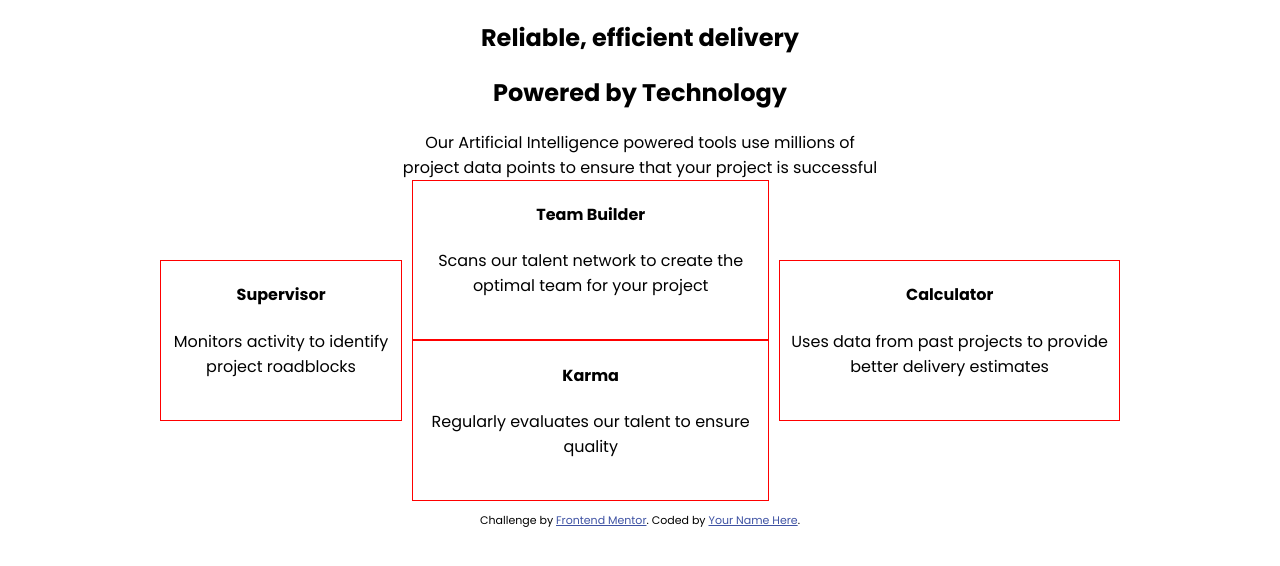
Repository: BuduCE/four-card-feature-section-master
Page: index.html
An editor plug-in stored every save of this project. The page is shown before and after the next save, followed by the edit.
The browser window is 1280 px wide. The pictures show the whole page.

Above is the page before, as saved 2023-06-01 22:16:04.

After the next save:
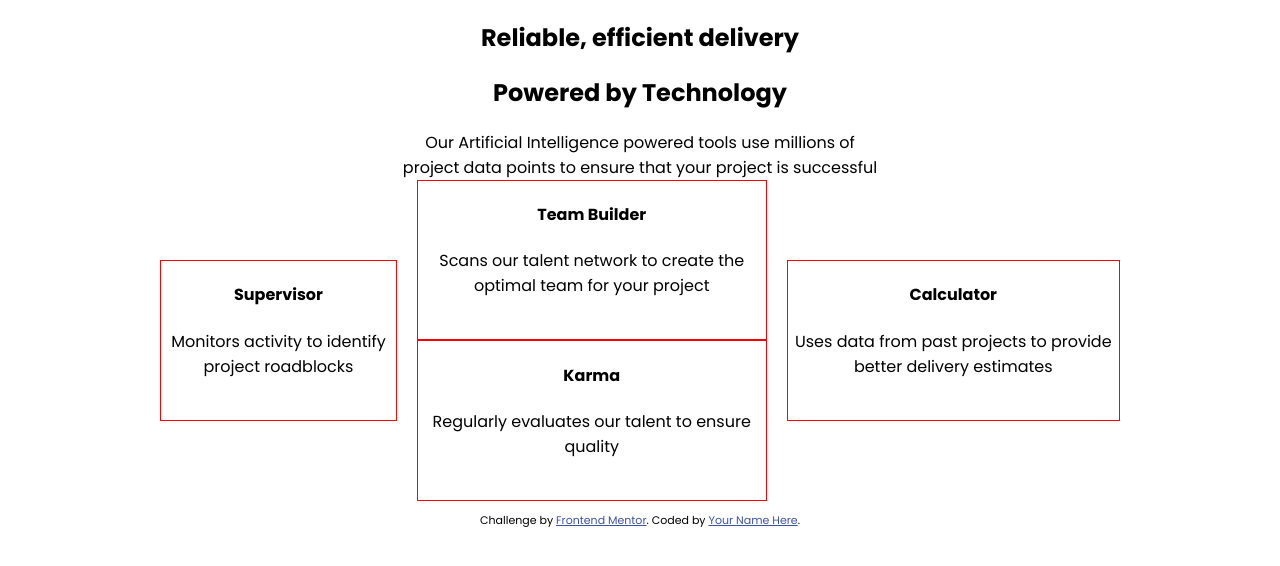
Saved 6 s later.
--- a/styles.css
+++ b/styles.css
@@ -22,7 +22,7 @@ body {
     grid-template-columns: 1fr 1fr 1fr; */
     display: flex;
     align-items: center;
-    gap: 10px;
+    gap: 20px;
 }
 .card{
     border: 1px solid red;
